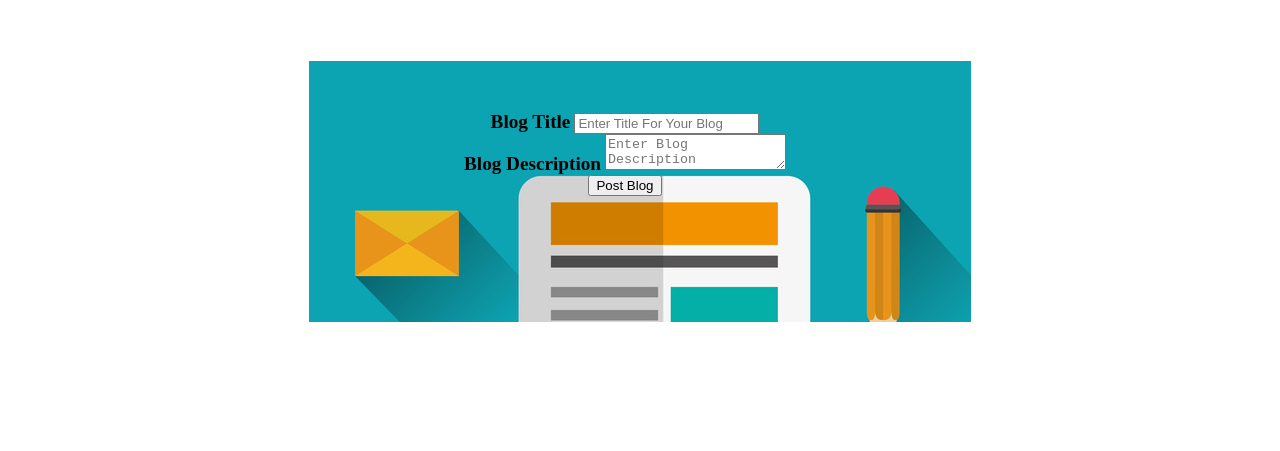
Repository: NeeleshPoojari/Project-2
Page: frontend_project2/WebContent/views/blogpostform.html
The author's editor kept a copy of each file at every save. The page is drawn from the files as they stood at one save, then again after the next save.
The browser window is 1280 px wide. The pictures show the whole page.

Above is the page before, as saved 2017-07-17 16:00:44.

After the next save:
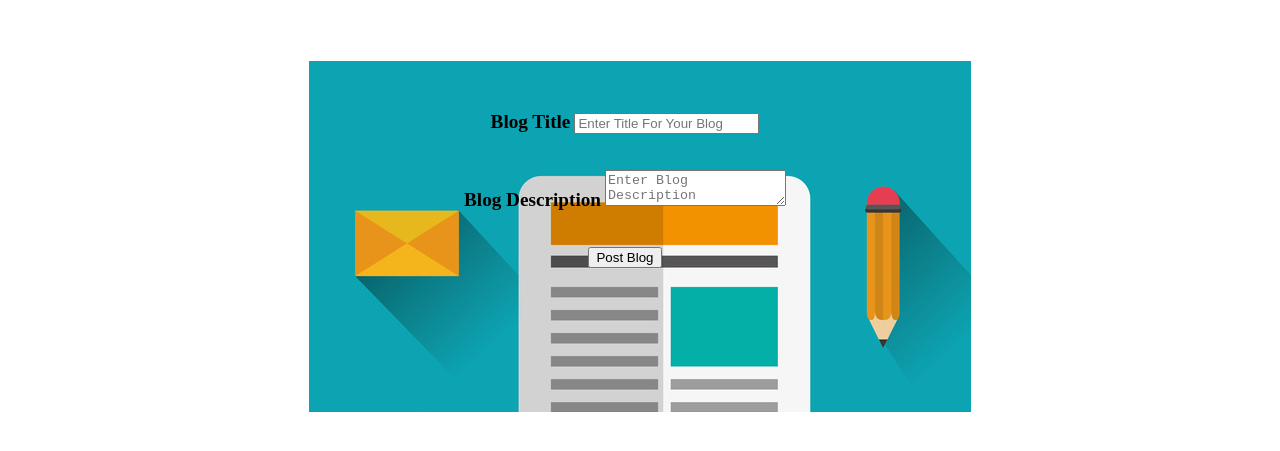
Saved 65 s later.
--- a/frontend_project2/WebContent/views/blogpostform.html
+++ b/frontend_project2/WebContent/views/blogpostform.html
@@ -12,18 +12,19 @@
 						class="form-control input-lg">
 				</div>
 			</div>
-
+             <br><br>
 			<div class="row">
 				<label><big><b>Blog Description</b></big></label>
 				<textarea ng-model="blogPost.description"
 					placeholder="Enter Blog Description" class="form-control input-lg"></textarea>
 
 			</div>
+                  <br><br>
 
-			<td>
 				<button class="btn btn-success" ng-click="saveBlogPost()">Post
 					Blog</button>
-			</td>
+
+		<br><br>
 	</form>
 
 
